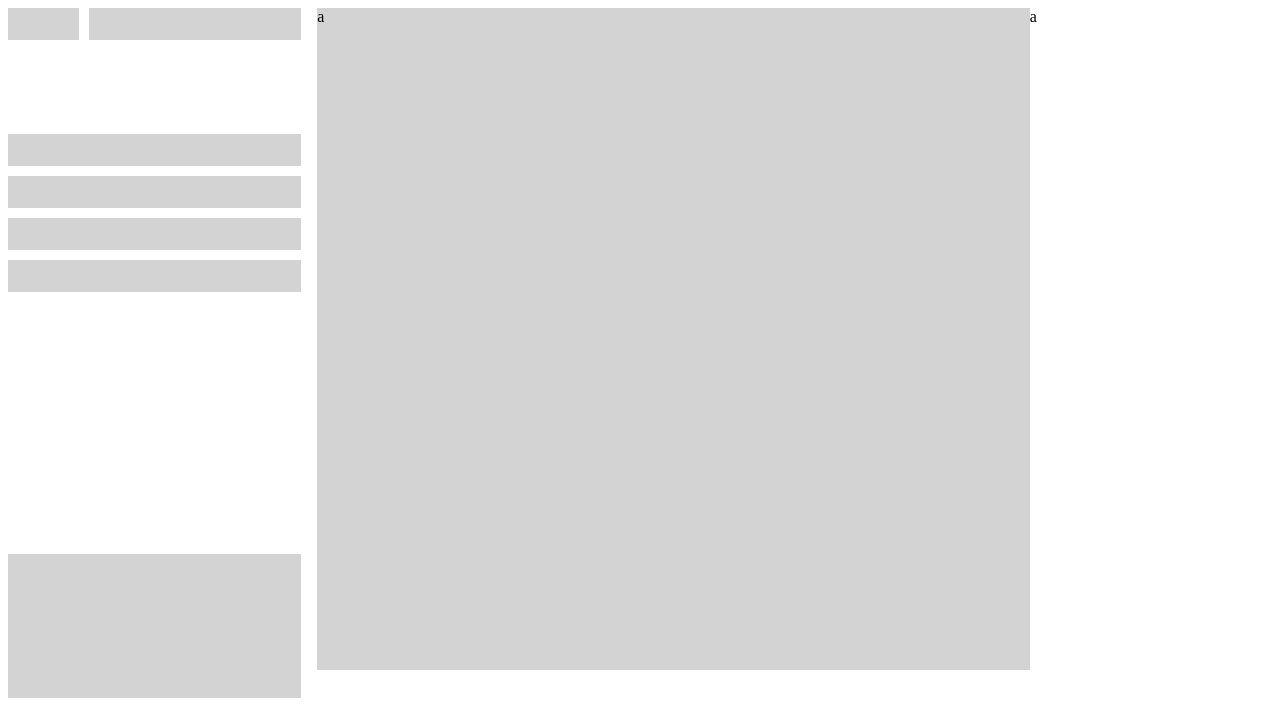
Repository: tr2cky/exercise2
Page: index.html
An editor plug-in stored every save of this project. The page is shown before and after the next save, followed by the edit.
The browser window is 1280 px wide. The pictures show the whole page.

Above is the page before, as saved 2022-10-01 11:46:44.

### index.html
<!DOCTYPE html>
<html lang="en">

<head>
    <meta charset="UTF-8">
    <meta http-equiv="X-UA-Compatible" content="IE=edge">
    <meta name="viewport" content="width=device-width, initial-scale=1.0">
    <link rel="stylesheet" href="style.css">
    <title>Document</title>
</head>

<body>
    <div class="container">
        <div class="side1">
        <div id="box1"></div>
        <div id="box2"></div>
        <div id="box3"></div>
        <div id="box4"></div>
        <div id="box5"></div>
        <div id="box6"></div>
        <div id="box7"></div>
        <div id="box8"></div>
        </div>
        <main>
            a
        </main>
        <div class="side2">
            a
        </div>
    </div>
</body>

</html>

### style.css
.container {
    display: flex;
    flex-direction: row;
    height: 92vh;
}
main {
    flex-grow: 3;
    background-color: lightgray;
}
.side1 {
    flex-grow: 1;
    display: grid;
    grid-template-columns: 1fr 3fr;
    grid-auto-rows: 2em;
    grid-gap: 10px;
    margin-right: 1em;
}
.side2 {
    flex-grow: 1;
}
.side1 div {
    background-color: lightgray;
}
#box1 {
    border: 1px solid lightgray;
    padding: 5px;
}
#box3{
    grid-column: 1/3;
    grid-row: 8;
    justify-self: start;
}
#box4{
    grid-column: 1/3;
    grid-row: 4;
}
#box5{
    grid-column: 1/3;
    grid-row: 5;
}
#box6{
    grid-column: 1/3;
    grid-row: 6;
}
#box7{
    grid-column: 1/3;
        grid-row: 7;
}
#box8 {
    grid-column: 1/3;
    grid-row: 14;
    height: 9em;
}

After the next save:
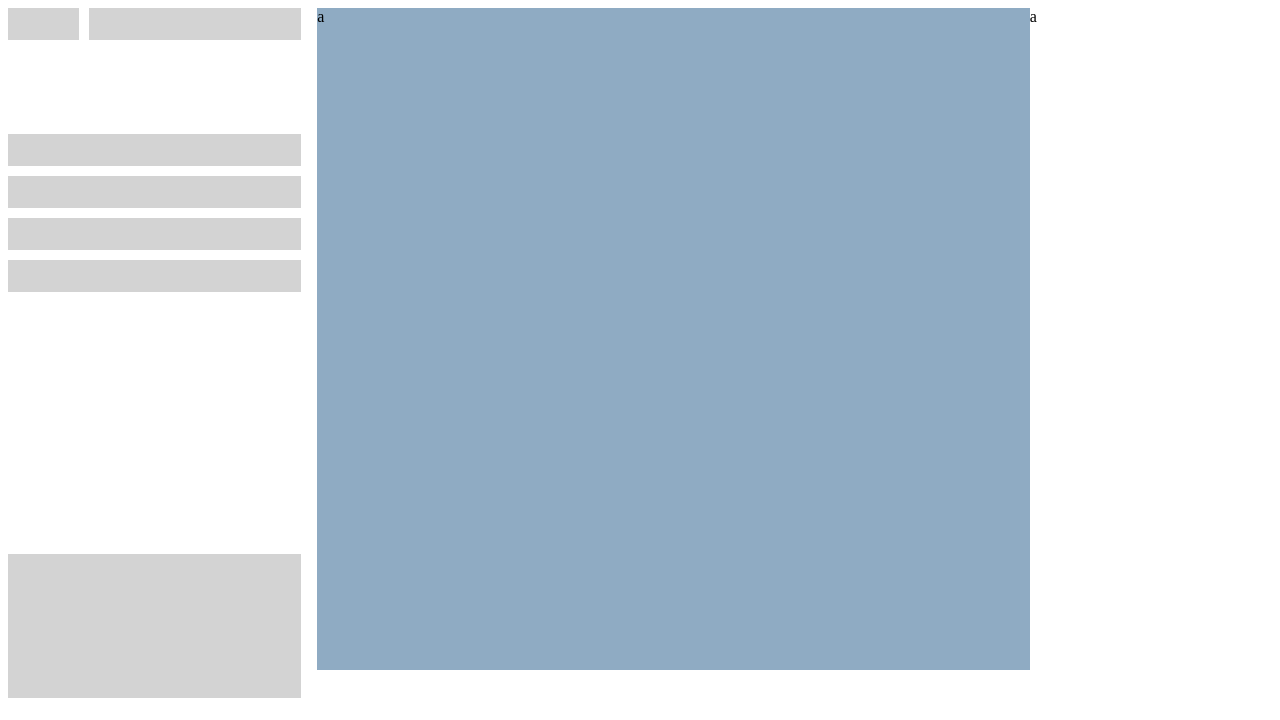
Saved 2 min 41 s later.
--- a/style.css
+++ b/style.css
@@ -5,7 +5,7 @@
 }
 main {
     flex-grow: 3;
-    background-color: lightgray;
+    background-color: rgb(143, 171, 195);
 }
 .side1 {
     flex-grow: 1;
